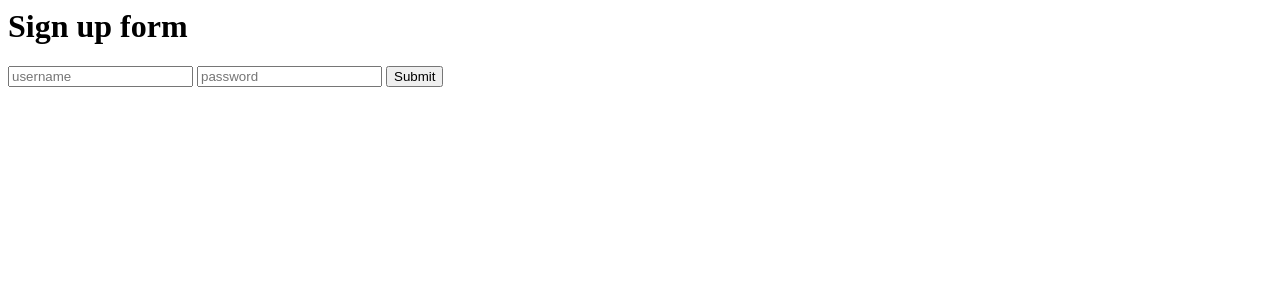
Repository: gtxDaniel/Web-development
Page: http://localhost/register
The author's editor kept a record of every edit. The page is drawn from the files as they stood at one moment, then again after the next edit.
The browser window is 1280 px wide. The pictures show the whole page.
The page is served by the project's Node server (Authentication/AuthDemo/app.js). Other server files are loaded and not shown.

Above is the page before.

### web-development/workspace/Authentication/AuthDemo/views/register.ejs
<h1>Sign up form</h1>

<form action='/register' method='POST'>
    <input type='text' name = 'username' placeholder='username'>
    <input type='password' name ='password' placeholder='password'>
    <button>Submit</button>
</form>

### web-development/workspace/Authentication/AuthDemo/app.js
var express         = require("express"),

    mongoose        = require("mongoose"),
    passport        = require("passport"),
    bodyParser      = require("body-parser"),
    User            = require("./models/user"),
    LocalStrategy   = require("passport-local"),
    passportLocalMongoose = require("passport-local-mongoose");

mongoose.connect('mongodb://localhost:27017/auth_demo_app', { useNewUrlParser: true });
var app = express();
app.set('view engine', 'ejs');


app.use(bodyParser.urlencoded({extended: true}));
app.use(require("express-session")({
    secret:'danielgao',
    resave: false,
    saveUninitialized: false
}));
app.use(passport.initialize());
app.use(passport.session());

passport.use(new LocalStrategy(User.authenticate()));
passport.serializeUser(User.serializeUser);
passport.deserializeUser(User.deserializeUser());

app.get('/', function(req, res){
    res.render('home');
});

app.get('/secret', function(req, res){
    res.render('secret');
});

//register form
app.get('/register', function(req, res) {
    res.render('register');
});

//handling user sign up
app.post('/register', function(req,res){
    User.register(new User({username: req.body.username}), req.body.password, function(err, user){
        if(err){
            console.log(err);
            return res.render('register');
        }
        passport.authenticate('local')(req, res, function(){
            res.redirect('/secret');
        })
    });
});

// login routes
// render login form
app.get('/login', function(req, res) {
    res.render('login');
})

// //login logic
// //middleware
app.post("/login",passport.authenticate("local",{
    successRedirect:"/secret",
    failureRedirect: "/login"
}) ,function(req, res){

});


app.listen(process.env.PORT, process.env.IP, function(){
    console.log('server started...')
});

After the next edit:
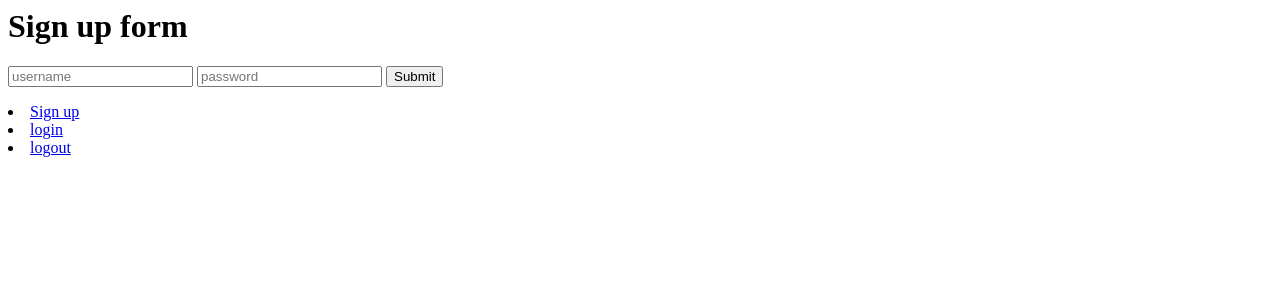
The edit:
--- a/web-development/workspace/Authentication/AuthDemo/views/register.ejs
+++ b/web-development/workspace/Authentication/AuthDemo/views/register.ejs
@@ -5,3 +5,7 @@
     <input type='password' name ='password' placeholder='password'>
     <button>Submit</button>
 </form>
+
+<li><a href='/register'>Sign up</a></li>
+<li><a href='/login'>login</a></li>
+<li><a href='/logout'>logout</a></li>
